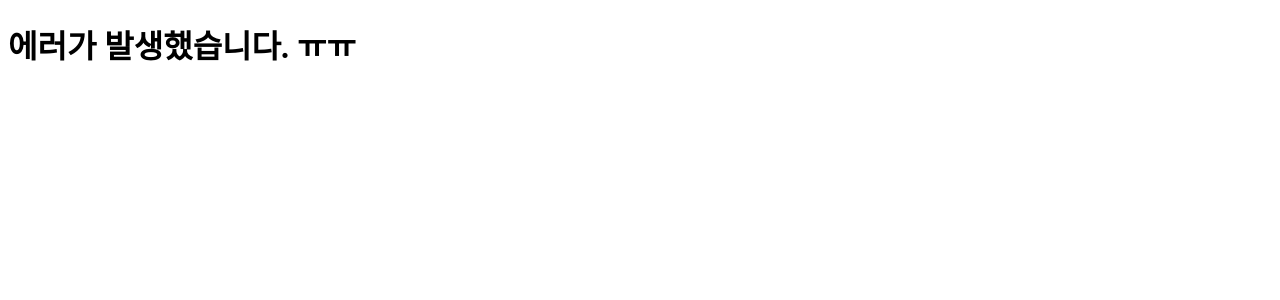
Repository: JeongYT/JSP
Page: http://localhost/jspproject/error.jsp
These files come from the project's save history. The page is drawn as it stood at one moment and after the next save; the edit follows.
The browser window is 1280 px wide. The pictures show the whole page.
The page is served by Tomcat 9.

Above is the page before, as saved 2023-07-06 03:39:26.

After the next save:
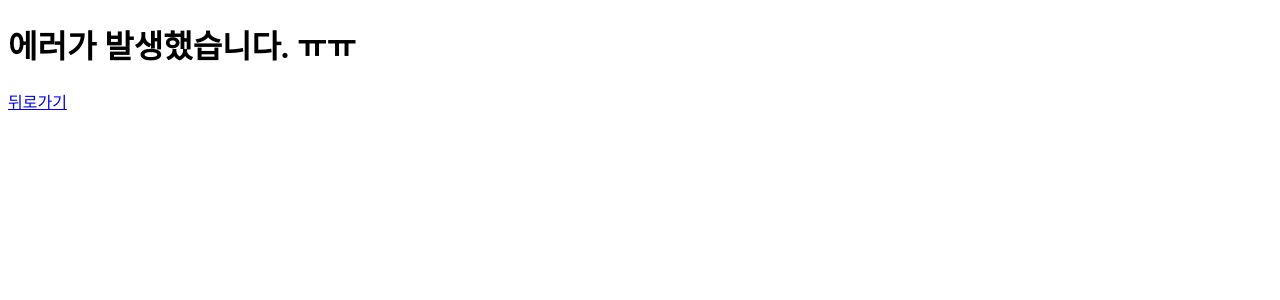
Saved 107 s later.
--- a/jspproject/src/main/webapp/error.jsp
+++ b/jspproject/src/main/webapp/error.jsp
@@ -8,5 +8,6 @@
 </head>
 <body>
 <h1> 에러가 발생했습니다. ㅠㅠ </h1>
+<a href="javascript:history.back()">뒤로가기</a>
 </body>
 </html>
